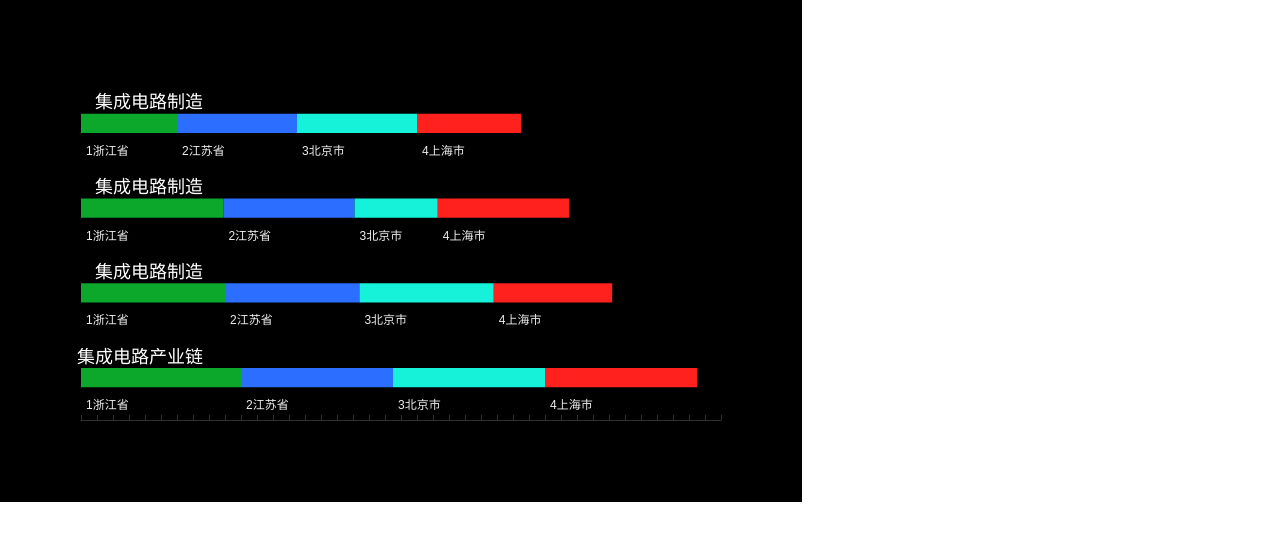
Repository: 572031690/echartproj
Page: /#/test
The author's editor kept a copy of each file at every save. The page is drawn from the files as they stood at one save, then again after the next save.
The browser window is 1280 px wide. The pictures show the whole page.
The project was rebuilt for these pictures with package versions that can differ from the ones it lists, and the page was loaded fresh each time. Also part of the build but not shown: vue.config.js, src/components/Seller.vue, src/views/SellerPage.vue, src/utils/theme_utils.js, src/components/Trend.vue, src/views/TrendPage.vue, src/utils/map_utils.js, src/components/Map.vue and 9 more.

Above is the page before, as saved 2021-08-03 12:44:50.

### public/index.html
<!DOCTYPE html>
<html lang="en">
  <head>
    <meta charset="utf-8">
    <meta http-equiv="X-UA-Compatible" content="IE=edge">
    <meta name="viewport" content="width=device-width,initial-scale=1.0">
    <link rel="icon" href="<%= BASE_URL %>favicon.ico">
    <title><%= htmlWebpackPlugin.options.title %></title>
  </head>
  <body>
    <noscript>
      <strong>We're sorry but <%= htmlWebpackPlugin.options.title %> doesn't work properly without JavaScript enabled. Please enable it to continue.</strong>
    </noscript>
    <div id="app"></div>
    <!-- built files will be auto injected -->
    <!-- 一旦通过script标签引入的echarts.js的文件之后呢, window.echarts -->
    <script src="static/lib/echarts.min.js"></script>
    <!-- 引入主题的js文件 -->
    <script src="static/theme/chalk.js"></script>
    <script src="static/theme/vintage.js"></script>
  </body>
</html>

### src/main.js
import Vue from 'vue'
import App from './App.vue'
import router from './router'
import store from './store'
// 引入字体的文件
import './assets/font/iconfont.css'
// 引入全局的样式文件
import './assets/css/global.less'
import axios from 'axios'
import SocketService from './utils/socket_service'

// 调用socket **********
// import SocketService from '@/utils/socket_service'
// 对服务端进行webSocket连接 *********
// SocketService.Instance.connect()
// Vue.prototype.$socket = SocketService.Instance

// 请求基准路径的配置
axios.defaults.baseURL = 'http://127.0.0.1:8888/api/'
// 将axios挂载到Vue的原型对象上
// 在别的组件中 this.$http
Vue.prototype.$http = axios

// 将全局的echarts对象挂载到Vue的原型对象上
// 别的组件中 this.$echarts
Vue.prototype.$echarts = window.echarts

Vue.config.productionTip = false

new Vue({
  router,
  store,
  render: h => h(App)
}).$mount('#app')

### src/App.vue
<template>
  <div id="app">
    <!-- 路由占位符 -->
    <router-view></router-view>
  </div>
</template>

<style lang="less">

</style>

### src/router/index.js
import Vue from 'vue'
import VueRouter from 'vue-router'
import SellerPage from '@/views/SellerPage'
import TrendPage from '@/views/TrendPage'
import MapPage from '@/views/MapPage'
import RankPage from '@/views/RankPage'
import HotPage from '@/views/HotPage'
import StockPage from '@/views/StockPage'
import Test from '../components/Test.vue'
import ScreenPage from '@/views/ScreenPage'

Vue.use(VueRouter)

const routes = [
  {
    path: '/',
    redirect: '/screen'
  },
  {
    path: '/screen',
    component: ScreenPage
  },
  {
    path: '/sellerpage',
    component: SellerPage
  },
  {
    path: '/trendpage',
    component: TrendPage
  },
  {
    path: '/mappage',
    component: MapPage
  },
  {
    path: '/rankpage',
    component: RankPage
  },
  {
    path: '/hotpage',
    component: HotPage
  },
  {
    path: '/stockpage',
    component: StockPage
  },
  {
    path: '/test',
    component: Test
  }

]

const router = new VueRouter({
  routes
})

export default router

### src/store/index.js
import Vue from 'vue'
import Vuex from 'vuex'

Vue.use(Vuex)

export default new Vuex.Store({
  state: {
    theme: 'chalk'
  },
  mutations: {
    changeTheme (state) {
      if(state.theme === 'chalk'){
        state.theme = 'vintage'
      }else{
        state.theme = 'chalk'
      }
    }
  },
  actions: {
  },
  modules: {
  }
})

### src/assets/css/global.less
html, body, #app {
  width: 100%;
  height: 100%;
  padding: 0;
  margin: 0;
  overflow: hidden;
}

.com-page {
  width: 100%;
  height: 100%;
  overflow: hidden;
}

.com-container {
  width: 100%;
  height: 100%;
  overflow: hidden;
  position: relative;
}

.com-chart {
  width: 100%;
  height: 100%;
  overflow: hidden;
}

canvas {
  border-radius: 20px;
}

/*无法选中图片文字方法*/
span,div,img{
  user-select:none;
}

### src/utils/socket_service.js
export default class SocketService {
    // 单例的设计模式
    //如果别人通过get Instance 来的到我的实例对象 那我只会给他返回同一个实例对象
    static instance = null
    static get Instance() {
        if (!this.instance) {
            this.instance = new SocketService()
        }
        return this.instance
    }

    //和服务端连接的socket对象
    ws = null
    //存储回调函数
    callBackMapping = {}
    //定义连接服务器的方法
    connect() {
        //连接服务器
        if (!window.WebSocket) {
            return console.log('你的浏览器不支持WebSocket');
        }
        this.ws = new WebSocket('ws://localhost:9998')

        //连接服务端成功
        this.ws.onopen = () => {
            console.log('连接服务端成功');
        }
        //连接服务端失败
        this.ws.onclose = () => {
            console.log('连接服务端失败');
        }
        //得到服务端发送过来的数据
        this.ws.onmessage = msg => {
            console.log('从服务端获取数据');
            //得到的数据在msg的data里面
            // console.log(msg.data);
            const recvData = JSON.parse(msg.data)
            const socketType = recvData.socketType
            //判断回调函数是否存在
            if(this.callBackMapping[socketType]){
                const action = recvData.action
                if(action === 'getData') {
                    const realData = JSON.parse(recvData.data)
                    this.callBackMapping[socketType]
                }else if( action === 'fullScreen') {

                }else if(action === 'themeChange') {

                }
            }
        }
    }
    //回调函数的注册
    registerCallBack(socketType, callBack) {
        this.callBackMapping[socketType] = callBack
    }
    //取消某一个回调函数
    unRegisterCallBack(socketType) {
        this.callBackMapping[socketType] = null
    }

}

### src/components/Test.vue
<template>
  <div class="line-chart" ref="mybar">
    123
  </div>
</template>

<script>
export default {
  mounted() {
    this.getData()
    this.initChart()
  },
  data() {
    return {
      chartInstance: null,
      seriesData: [100, 120, 140, 90, 90, 80],
      barChart: {
        xAxisData: ['类别1', '类别2', '类别3', '类别4'],
        dataList: []
      },

      chartData1: [
        { rank: 1, name: '浙江省', value: 100 },
        { rank: 1, name: '江苏省', value: 90 },
        { rank: 1, name: '北京市', value: 89 },
        { rank: 1, name: '上海市', value: 60 }
      ],
      chartData2: [
        { rank: 2, name: '浙江省', value: 95 },
        { rank: 2, name: '江苏省', value: 84 },
        { rank: 2, name: '北京市', value: 82 },
        { rank: 2, name: '上海市', value: 75 }

      ],
      chartData3: [
        { rank: 3, name: '浙江省', value: 95 },
        { rank: 3, name: '江苏省', value: 84 },
        { rank: 3, name: '北京市', value: 52 },
        { rank: 3, name: '上海市', value: 75 }

      ],
      chartData4: [
        { rank: 4, name: '浙江省', value: 95 },
        { rank: 4, name: '江苏省', value: 74 },
        { rank: 4, name: '北京市', value: 82 },
        { rank: 4, name: '上海市', value: 65 }

      ],
      chartData5: [
        { rank: 5, name: '浙江省', value: 85.5 },
        { rank: 5, name: '江苏省', value: 44 },
        { rank: 5, name: '北京市', value: 72 },
        { rank: 5, name: '上海市', value: 75 }

      ],
      yAxisData: ['集成电路产业链', '集成电路制造', '集成电路制造', '集成电路制造']
    }
  },
  methods: {
    initChart() {
      const colorArr1 = [
        'rgba(11, 168, 44)',
        'rgba(44, 110, 255)',
        'rgba(22, 242, 217)',
        'rgba(254, 33, 30)',
        'rgba(250, 105, 0)'
      ]
      const ChartsData = [
        {
          name: '第一列',
          data: this.chartData1
        },
        {
          name: '第一列',
          data: this.chartData2
        },
        {
          name: '第一列',
          data: this.chartData3
        },
        {
          name: '第一列',
          data: this.chartData4
        },
        {
          name: '第一列',
          data: this.chartData5
        }
      ]
      var serises = ChartsData.map((item, index) => {
        if (item.data[index]) {
          return {
            name: item.data[index].name,
            stack: '类1',
            barWidth: '23%', // 宽度
            itemStyle: {
              color: arg => {
                return colorArr1[arg.componentIndex]
              },
              emphasis: { // 鼠标悬浮后的样式变化
                borderWidth: 5,
                borderType: 'solid',
                color: colorArr1[index],
                borderColor: colorArr1[index]
              }
            },
            data: [item.data[0].value, item.data[1].value, item.data[2].value, item.data[3].value],
            type: 'bar',
            label: {
              show: true,
              position: [5, 32],
              textStyle: {
                color: '#eee',
                fontSize: 12
              },
              formatter: arg => {
                return arg.seriesIndex + 1 + '' + item.data[index].name
              }
            }
          }
        }
      })
      // console.log(serises)
      const chartInstance = this.$echarts.init(this.$refs.mybar)
      const option = {
        tooltip: { // 设置鼠标悬浮提示框
          formatter: arg => {
            console.log(arg, '1111111111')
            return arg.seriesName + ' ' + arg.value
          },
          backgroundColor: '#343c55',
          borderColor: '#3c455a'
        },
        grid: [
          {
            top: 80,
            bottom: 81
          }
        ],
        xAxis: [
          {
            type: 'value',
            // gridIndex: 0,
            axisLabel: {
              // 刻度标签文字
              show: false
            },
            splitLine: {
              show: false
              // x轴横线

            },
            axisLine: {
              // 设置轴线
              show: true
            },
            axisTick: {
              show: true, // 是否显示坐标轴刻度。
              inside: true, // 让坐标轴刻度朝内 默认是false朝外
              length: 5 // 坐标轴刻度线的长度。
            },
            interval: 10 // 强制设置坐标轴刻度间隔值
          }
        ],
        yAxis: [
          {
            type: 'category',
            data: this.yAxisData,
            // gridIndex: 0, // x 轴所在的 grid 的索引，默认位于第一个 grid。
            axisLabel: {
              color: '#fff', // 刻度标签文字的颜色
              padding: [0, 0, 40, 0], // 设置轴文字上下偏移
              textStyle: {
                fontSize: 18
              }
            },
            offset: -130, // 设置x轴的偏移 -92是向上 但是得配合onZero: false,使用 不然负数不会生效
            axisLine: {
              onZero: false,
              // 设置轴线
              show: false
            },
            axisTick: {
              show: false // 是否显示坐标轴刻度。
            }
          }
        ],
        series: serises
      }
      chartInstance.setOption(option)
    },
    getData() {
      let sum = 0
      this.seriesData.forEach(item => (sum += item))
      const aver = sum / this.seriesData.length
      // console.log(aver)
      this.barChart.dataList[0] = this.seriesData.map(item => {
        if (item > aver) return item - aver
        else return 0
      })
      this.barChart.dataList[1] = this.seriesData.map(item => {
        if (item > aver) return aver
        else return item
      })
      // console.log(this.barChart.dataList)
    }
  }
}
</script>

<style>
.line-chart {
  width: 800px;
  height: 500px;
  border: 1px solid black;
  background: #000;
}
</style>

### public/static/theme/vintage.js
(function (root, factory) {
    if (typeof define === 'function' && define.amd) {
        // AMD. Register as an anonymous module.
        define(['exports', 'echarts'], factory);
    } else if (typeof exports === 'object' && typeof exports.nodeName !== 'string') {
        // CommonJS
        factory(exports, require('echarts'));
    } else {
        // Browser globals
        factory({}, root.echarts);
    }
}(this, function (exports, echarts) {
    var log = function (msg) {
        if (typeof console !== 'undefined') {
            console && console.error && console.error(msg);
        }
    };
    if (!echarts) {
        log('ECharts is not Loaded');
        return;
    }
    echarts.registerTheme('vintage', {
        "color": [
            '#0ba82c',
            '#2c6eff',
            '#16f2d9',
            '#fe211e',
            '#fa6900',
            "#eedd78",
            "#73a373",
            "#73b9bc",
            "#7289ab",
            "#91ca8c",
            "#f49f42"
        ],
        "backgroundColor": "#ffffff",
        "textStyle": {},
        "title": {
            "textStyle": {
                "color": "#333333"
            },
            "subtextStyle": {
                "color": "#aaa"
            }
        },
        "line": {
            "itemStyle": {
                "normal": {
                    "borderWidth": "4"
                }
            },
            "lineStyle": {
                "normal": {
                    "width": "3"
                }
            },
            "symbolSize": "0",
            "symbol": "circle",
            "smooth": true
        },
        "radar": {
            "itemStyle": {
                "normal": {
                    "borderWidth": 1
                }
            },
            "lineStyle": {
                "normal": {
                    "width": 2
                }
            },
            "symbolSize": 4,
            "symbol": "emptyCircle",
            "smooth": false
        },
        "bar": {
            "itemStyle": {
                "normal": {
                    "barBorderWidth": 0,
                    "barBorderColor": "#ccc"
                },
                "emphasis": {
                    "barBorderWidth": 0,
                    "barBorderColor": "#ccc"
                }
            }
        },
        "pie": {
            "itemStyle": {
                "normal": {
                    "borderWidth": 0,
                    "borderColor": "#ccc"
                },
                "emphasis": {
                    "borderWidth": 0,
                    "borderColor": "#ccc"
                }
            }
        },
        "scatter": {
            "itemStyle": {
                "normal": {
                    "borderWidth": 0,
                    "borderColor": "#ccc"
                },
                "emphasis": {
                    "borderWidth": 0,
                    "borderColor": "#ccc"
                }
            }
        },
        "boxplot": {
            "itemStyle": {
                "normal": {
                    "borderWidth": 0,
                    "borderColor": "#ccc"
                },
                "emphasis": {
                    "borderWidth": 0,
                    "borderColor": "#ccc"
                }
            }
        },
        "parallel": {
            "itemStyle": {
                "normal": {
                    "borderWidth": 0,
                    "borderColor": "#ccc"
                },
                "emphasis": {
                    "borderWidth": 0,
                    "borderColor": "#ccc"
                }
            }
        },
        "sankey": {
            "itemStyle": {
                "normal": {
                    "borderWidth": 0,
                    "borderColor": "#ccc"
                },
                "emphasis": {
                    "borderWidth": 0,
                    "borderColor": "#ccc"
                }
            }
        },
        "funnel": {
            "itemStyle": {
                "normal": {
                    "borderWidth": 0,
                    "borderColor": "#ccc"
                },
                "emphasis": {
                    "borderWidth": 0,
                    "borderColor": "#ccc"
                }
            }
        },
        "gauge": {
            "itemStyle": {
                "normal": {
                    "borderWidth": 0,
                    "borderColor": "#ccc"
                },
                "emphasis": {
                    "borderWidth": 0,
                    "borderColor": "#ccc"
                }
            }
        },
        "candlestick": {
            "itemStyle": {
                "normal": {
                    "color": "#c23531",
                    "color0": "#314656",
                    "borderColor": "#c23531",
                    "borderColor0": "#314656",
                    "borderWidth": 1
                }
            }
        },
        "graph": {
            "itemStyle": {
                "normal": {
                    "borderWidth": 0,
                    "borderColor": "#ccc"
                }
            },
            "lineStyle": {
                "normal": {
                    "width": 1,
                    "color": "#aaa"
                }
            },
            "symbolSize": 4,
            "symbol": "emptyCircle",
            "smooth": false,
            "color": [
                "#d87c7c",
                "#919e8b",
                "#d7ab82",
                "#6e7074",
                "#61a0a8",
                "#efa18d",
                "#787464",
                "#cc7e63",
                "#724e58",
                "#4b565b"
            ],
            "label": {
                "normal": {
                    "textStyle": {
                        "color": "#eee"
                    }
                }
            }
        },
        "map": {
            "itemStyle": {
                "normal": {
                    "areaColor": "#eeeeee",
                    "borderColor": "#444444",
                    "borderWidth": 0.5
                },
                "emphasis": {
                    "areaColor": "rgba(255,215,0,0.8)",
                    "borderColor": "#444444",
                    "borderWidth": 1
                }
            },
            "label": {
                "normal": {
                    "textStyle": {
                        "color": "#000000"
                    }
                },
                "emphasis": {
                    "textStyle": {
                        "color": "rgb(100,0,0)"
                    }
                }
            }
        },
        "geo": {
            "itemStyle": {
                "normal": {
                    "areaColor": "#eeeeee",
                    "borderColor": "#444444",
                    "borderWidth": 0.5
                },
                "emphasis": {
                    "areaColor": "rgba(255,215,0,0.8)",
                    "borderColor": "#444444",
                    "borderWidth": 1
                }
            },
            "label": {
                "normal": {
                    "textStyle": {
                        "color": "#000000"
                    }
                },
                "emphasis": {
                    "textStyle": {
                        "color": "rgb(100,0,0)"
                    }
                }
            }
        },
        "categoryAxis": {
            "axisLine": {
                "show": true,
                "lineStyle": {
                    "color": "#333"
                }
            },
            "axisTick": {
                "show": true,
                "lineStyle": {
                    "color": "#333"
                }
            },
            "axisLabel": {
                "show": true,
                "textStyle": {
                    "color": "#999"
                }
            },
            "splitLine": {
                "show": false,
                "lineStyle": {
                    "color": [
                        "#ccc"
                    ]
                }
            },
            "splitArea": {
                "show": false,
                "areaStyle": {
                    "color": [
                        "rgba(250,250,250,0.3)",
                        "rgba(200,200,200,0.3)"
                    ]
                }
            }
        },
        "valueAxis": {
            "axisLine": {
                "show": true,
                "lineStyle": {
                    "color": "#666666"
                }
            },
            "axisTick": {
                "show": false,
                "lineStyle": {
                    "color": "#333"
                }
            },
            "axisLabel": {
                "show": true,
                "textStyle": {
                    "color": "#aaaaaa"
                }
            },
            "splitLine": {
                "show": false,
                "lineStyle": {
                    "color": [
                        "#e6e6e6"
                    ]
                }
            },
            "splitArea": {
                "show": false,
                "areaStyle": {
                    "color": [
                        "rgba(250,250,250,0.05)",
                        "rgba(200,200,200,0.02)"
                    ]
                }
            }
        },
        "logAxis": {
            "axisLine": {
                "show": true,
                "lineStyle": {
                    "color": "#333"
                }
            },
            "axisTick": {
                "show": true,
                "lineStyle": {
                    "color": "#333"
                }
            },
            "axisLabel": {
                "show": true,
                "textStyle": {
                    "color": "#333"
                }
            },
            "splitLine": {
                "show": true,
                "lineStyle": {
                    "color": [
                        "#ccc"
                    ]
                }
            },
            "splitArea": {
                "show": false,
                "areaStyle": {
                    "color": [
                        "rgba(250,250,250,0.3)",
                        "rgba(200,200,200,0.3)"
                    ]
                }
            }
        },
        "timeAxis": {
            "axisLine": {
                "show": true,
                "lineStyle": {
                    "color": "#333"
                }
            },
            "axisTick": {
                "show": true,
                "lineStyle": {
                    "color": "#333"
                }
            },
            "axisLabel": {
                "show": true,
                "textStyle": {
                    "color": "#333"
                }
            },
            "splitLine": {
                "show": true,
                "lineStyle": {
                    "color": [
                        "#ccc"
                    ]
                }
            },
            "splitArea": {
                "show": false,
                "areaStyle": {
                    "color": [
                        "rgba(250,250,250,0.3)",
                        "rgba(200,200,200,0.3)"
                    ]
                }
            }
        },
        "toolbox": {
            "iconStyle": {
                "normal": {
                    "borderColor": "#999999"
                },
                "emphasis": {
                    "borderColor": "#666666"
                }
            }
        },
        "legend": {
            "textStyle": {
                "color": "#333333"
            }
        },
        "tooltip": {
            "axisPointer": {
                "lineStyle": {
                    "color": "#cccccc",
                    "width": 1
                },
                "crossStyle": {
                    "color": "#cccccc",
                    "width": 1
                }
            }
        },
        "timeline": {
            "lineStyle": {
                "color": "#293c55",
                "width": 1
            },
            "itemStyle": {
                "normal": {
                    "color": "#293c55",
                    "borderWidth": 1
                },
                "emphasis": {
                    "color": "#a9334c"
                }
            },
            "controlStyle": {
                "normal": {
                    "color": "#293c55",
                    "borderColor": "#293c55",
                    "borderWidth": 0.5
                },
                "emphasis": {
                    "color": "#293c55",
                    "borderColor": "#293c55",
                    "borderWidth": 0.5
                }
            },
            "checkpointStyle": {
                "color": "#e43c59",
                "borderColor": "rgba(194,53,49,0.5)"
            },
            "label": {
                "normal": {
                    "textStyle": {
                        "color": "#293c55"
                    }
                },
                "emphasis": {
                    "textStyle": {
                        "color": "#293c55"
                    }
                }
            }
        },
        "visualMap": {
            "color": [
                "#bf444c",
                "#d88273",
                "#f6efa6"
            ]
        },
        "dataZoom": {
            "backgroundColor": "rgba(47,69,84,0)",
            "dataBackgroundColor": "rgba(47,69,84,0.3)",
            "fillerColor": "rgba(167,183,204,0.4)",
            "handleColor": "#a7b7cc",
            "handleSize": "100%",
            "textStyle": {
                "color": "#333333"
            }
        },
        "markPoint": {
            "label": {
                "normal": {
                    "textStyle": {
                        "color": "#eee"
                    }
                },
                "emphasis": {
                    "textStyle": {
                        "color": "#eee"
                    }
                }
            }
        }
    });
}));

Loaded but not shown: src/assets/font/iconfont.css (common file); public/static/lib/echarts.min.js (library); public/static/theme/chalk.js (521 lines, source omitted)

After the next save:
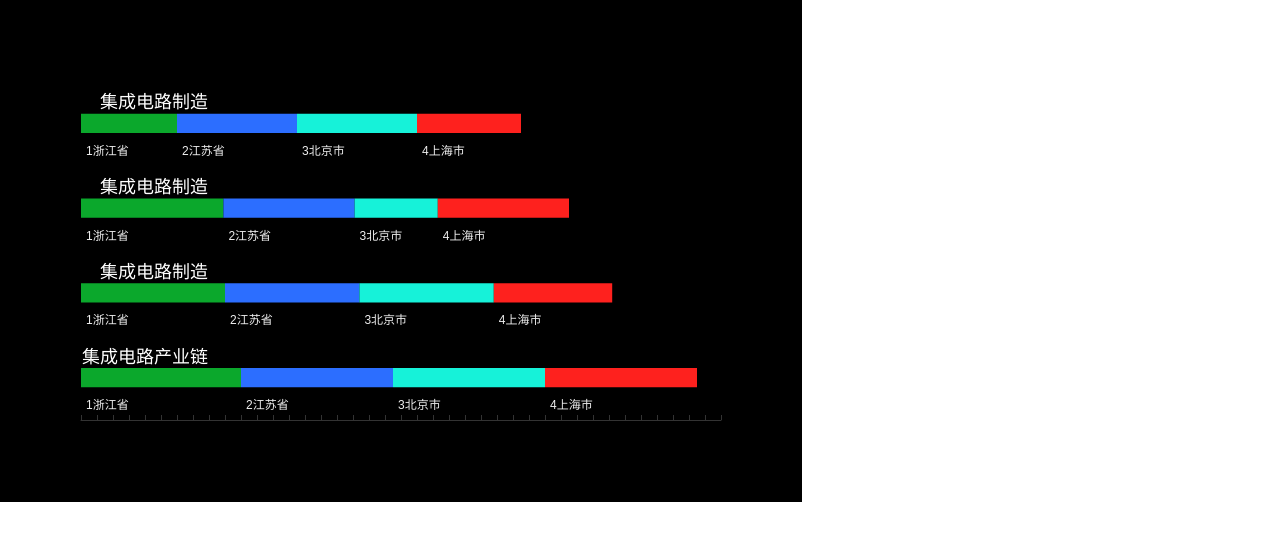
Saved 6 s later.
--- a/src/components/Test.vue
+++ b/src/components/Test.vue
@@ -174,7 +174,7 @@ export default {
                 fontSize: 18
               }
             },
-            offset: -130, // 设置x轴的偏移 -92是向上 但是得配合onZero: false,使用 不然负数不会生效
+            offset: -135, // 设置x轴的偏移 -92是向上 但是得配合onZero: false,使用 不然负数不会生效
             axisLine: {
               onZero: false,
               // 设置轴线
